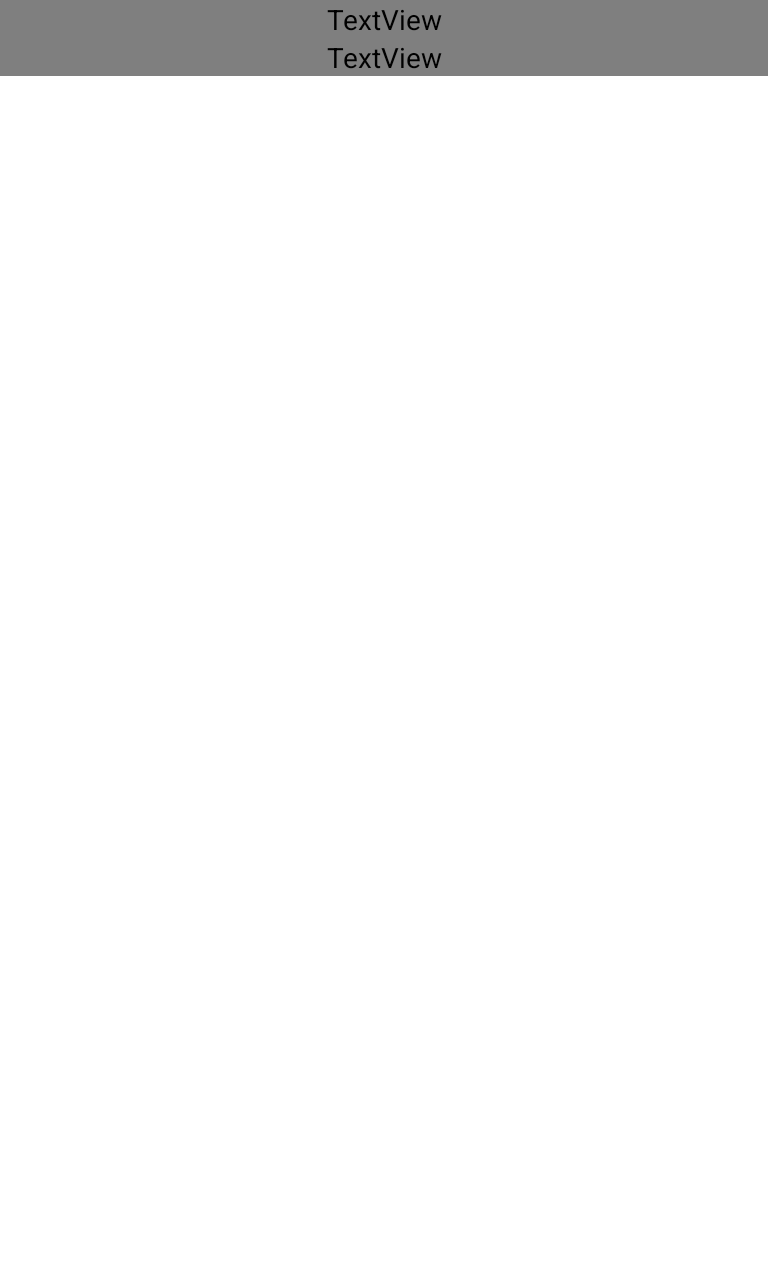
Repository: jascrer/Sistema_de_Inclusiones_IC-ITCR
Layout: ITCR.Inclutec/res/layout/detail_child_row.xml
The author's editor kept a copy of each file at every save. The layout is drawn from the files as they stood at one save, then again after the next save.
Pictures or frames that could not be fetched are drawn as grey boxes. It is drawn on a 768 x 1280 px phone screen (xhdpi) without system bars, with theme AppTheme; the app's code is not run.

Above is the layout before, as saved 2014-01-08 01:00:39.

After the next save:
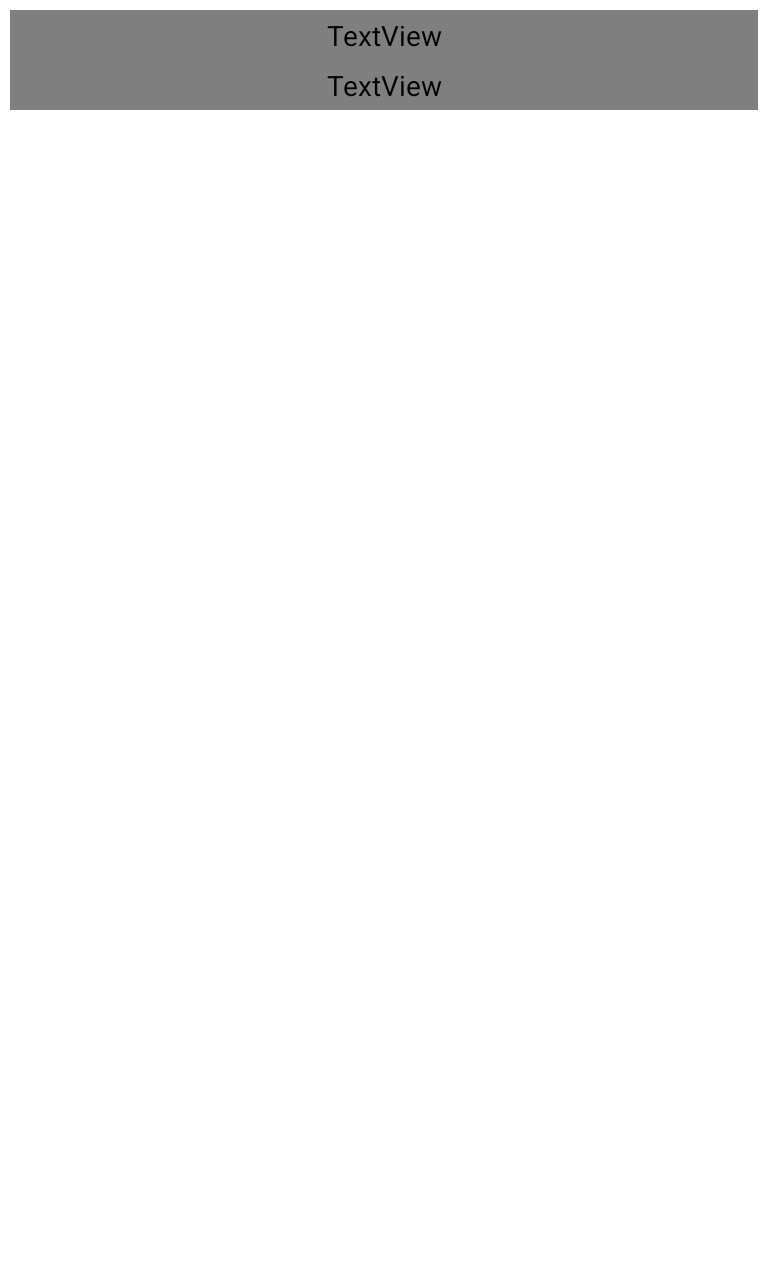
Saved 23 min 44 s later.
--- a/ITCR.Inclutec/res/layout/detail_child_row.xml
+++ b/ITCR.Inclutec/res/layout/detail_child_row.xml
@@ -1,48 +1,42 @@
 <?xml version="1.0" encoding="utf-8"?>
-<LinearLayout xmlns:android="http://schemas.android.com/apk/res/android"
+<RelativeLayout xmlns:android="http://schemas.android.com/apk/res/android"
     android:layout_width="fill_parent"
     android:layout_height="wrap_content"
     style="@style/activated"
-    android:orientation="horizontal" >
+    android:orientation="horizontal"
+    android:padding="5dip">
+
     <!-- android:background="@android:attr/activatedBackgroundIndicator"-->
 
     <!-- Grupo -->
 
-    <LinearLayout
-        android:layout_width="fill_parent"
-    	android:layout_height="wrap_content"
-        android:orientation="vertical">
-
-        <TextView
+    <TextView
             android:id="@+id/lbl_ForGrupo"
             android:focusable="false"
 	    	android:textSize="12sp"
+	    	android:padding="3dip"
 	    	android:textStyle="normal"
 	    	android:textColor="#ffffff"
 	        android:fontFamily="droid_serif"
 	    	android:layout_width="fill_parent"
-	    	android:layout_height="wrap_content"/>
+	    	android:layout_height="wrap_content"
+	    	android:layout_alignParentLeft="true"/>
 
-        <TextView
+    <TextView
             android:id="@+id/lbl_Grupo"
             android:focusable="false"
 	    	android:textSize="30sp"
+	    	android:padding="3dip"
 	    	android:textStyle="normal"
 	    	android:textColor="#ffffff"
 	        android:fontFamily="droid_serif"
 	    	android:layout_width="fill_parent"
-	    	android:layout_height="wrap_content"/>
+	    	android:layout_height="wrap_content"
+	    	android:layout_below="@+id/lbl_ForGrupo"/>
 
-    </LinearLayout>
+    <!-- Profesor -->
 
-    <LinearLayout
-        android:layout_width="fill_parent"
-    	android:layout_height="wrap_content"
-        android:orientation="vertical">
-
-        <!-- Profesor -->
-
-        <TextView
+    <TextView
             android:id="@+id/lbl_Profesor"
             android:focusable="false"
 	    	android:textSize="16sp"
@@ -50,10 +44,12 @@
 	    	android:textColor="#ffffff"
 	        android:fontFamily="droid_serif"
 	    	android:layout_width="fill_parent"
-	    	android:layout_height="wrap_content"/>
+	    	android:layout_height="wrap_content"
+	    	android:layout_alignTop="@+id/lbl_ForGrupo"
+	    	android:layout_toRightOf="@+id/lbl_ForGrupo"/>
 
-	    <!-- Horario -->
-	    <TextView
+	<!-- Horario -->
+	<TextView
             android:id="@+id/lbl_Horario"
             android:focusable="false"
 	    	android:textSize="16sp"
@@ -61,10 +57,13 @@
 	    	android:textColor="#ffffff"
 	        android:fontFamily="droid_serif"
 	    	android:layout_width="fill_parent"
-	    	android:layout_height="wrap_content"/>
+	    	android:layout_height="wrap_content"
+	    	android:layout_below="@+id/lbl_Profesor"
+	    	android:layout_toRightOf="@+id/lbl_ForGrupo"
+	    	android:layout_margin="1dip"/>
 
-	    <!-- Sede -->
-        <TextView
+	<!-- Sede -->
+    <TextView
             android:id="@+id/lbl_Sede"
             android:focusable="false"
 	    	android:textSize="16sp"
@@ -72,8 +71,10 @@
 	    	android:textColor="#ffffff"
 	        android:fontFamily="droid_serif"
 	    	android:layout_width="fill_parent"
-	    	android:layout_height="wrap_content"/>
+	    	android:layout_height="wrap_content"
+	    	android:layout_below="@+id/lbl_Horario"
+	    	android:layout_toRightOf="@+id/lbl_ForGrupo"
+	    	android:layout_margin="1dip"/>
 
-    </LinearLayout>
 
-</LinearLayout>
+</RelativeLayout>
